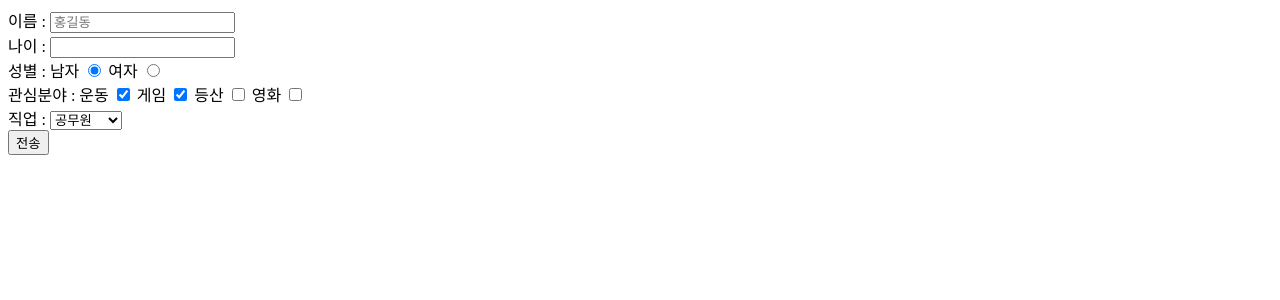
Repository: LEENYAMNYAM/JSP
Page: http://localhost/JSP_Project/exam/forminput.jsp
The author's editor kept a copy of each file at every save. The page is drawn from the files as they stood at one save, then again after the next save.
The browser window is 1280 px wide. The pictures show the whole page.
The page is served by Tomcat 9.

Above is the page before, as saved 2025-02-27 05:12:36.

After the next save:
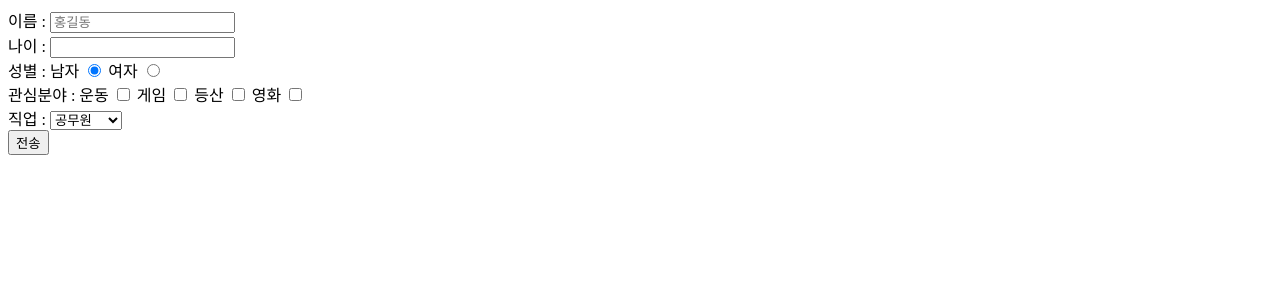
Saved 2 min 4 s later.
--- a/JSP_Project/src/main/webapp/exam/forminput.jsp
+++ b/JSP_Project/src/main/webapp/exam/forminput.jsp
@@ -13,12 +13,17 @@
 나이 : <input type="number" id="age" name="age"></br>
 성별 : <label for="m">남자</label>
 	  <input type="radio" name="gender" id="m" checked>
-	  <label for="w">여자</label>
+	  <label for="w">여자
+	  </label>
 	  <input type="radio" name="gender" id="w"></br>
-관심분야 : 운동 <input type="checkbox" checked>
-		 게임 <input type="checkbox" checked>
-		 등산 <input type="checkbox">
-		 영화 <input type="checkbox"></br>
+관심분야 : <label for="h1">운동</label>
+		 <input type="checkbox" name="hobby" id="h1">
+		 <label for="h2">게임</label>
+		 <input type="checkbox" name="hobby" id="h2">
+		 <label for="h3">등산</label>
+		 <input type="checkbox" name="hobby" id="h3">
+		 <label for="h4">영화</label>
+		 <input type="checkbox" name="hobby" id="h4"></br>
 직업 : <select>
 	  	<option value="공무원">공무원</option>
 	  	<option value="공무원">직장인</option>
